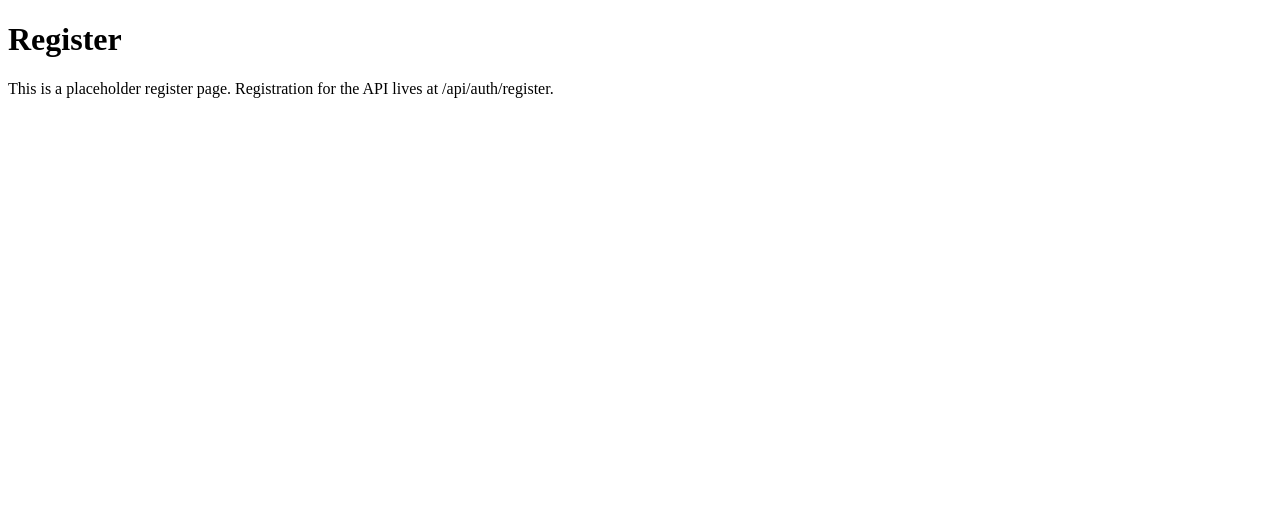
Repository: majordaniel/Edutech.Internship.2025.virtualstudygroup.api
Page: http://localhost/register
These files come from the project's save history. The page is drawn as it stood at one moment and after the next save; the edit follows.
The browser window is 1280 px wide. The pictures show the whole page.
The page is served by the project's Laravel application, run on PHP 8.4 with Laravel 12. Other server files are loaded and not shown.

Above is the page before, as saved 2025-09-19 11:42:59.

### routes/web.php
<?php

use Illuminate\Support\Facades\Route;

Route::get('/', function () {
    return view('welcome');
});

// Minimal auth web routes so `route('login')` and `route('register')` exist
Route::get('/login', function () {
    return view('auth.login');
})->name('login');

Route::get('/register', function () {
    return view('auth.register');
})->name('register');

### resources/views/auth/register.blade.php
<!DOCTYPE html>
<html>
<head>
    <meta charset="utf-8">
    <title>Register</title>
</head>
<body>
    <h1>Register</h1>
    <p>This is a placeholder register page. Registration for the API lives at /api/auth/register.</p>
</body>
</html>

After the next save:
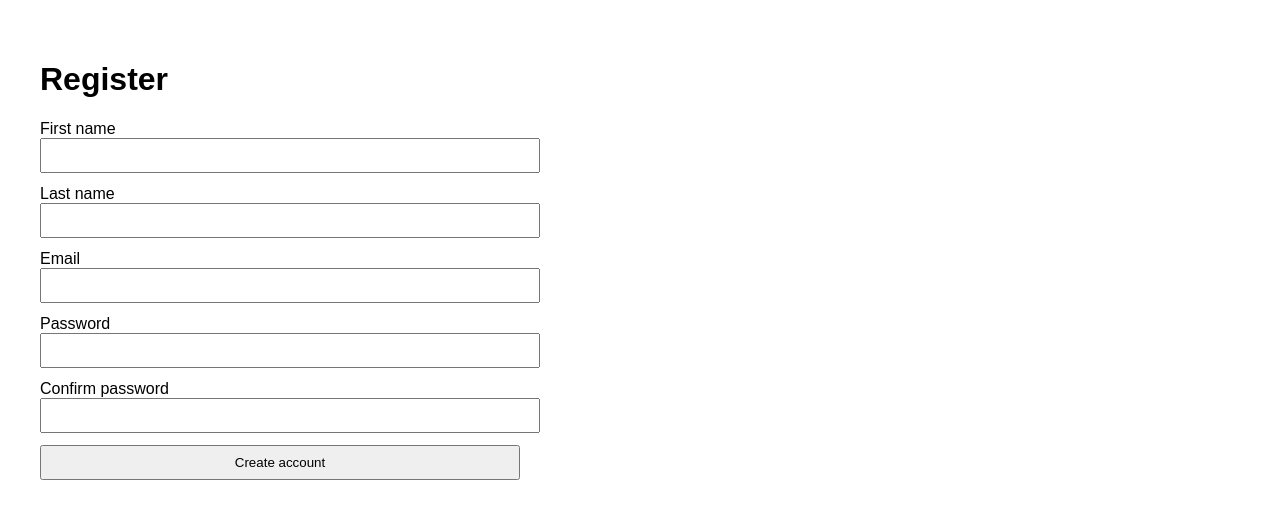
Saved 13 s later.
--- a/resources/views/auth/register.blade.php
+++ b/resources/views/auth/register.blade.php
@@ -2,10 +2,74 @@
 <html>
 <head>
     <meta charset="utf-8">
+    <meta name="viewport" content="width=device-width,initial-scale=1">
     <title>Register</title>
+    <style>
+        body{font-family:Arial,Helvetica,sans-serif;padding:2rem}
+        form{max-width:480px}
+        input,button{display:block;width:100%;padding:0.5rem;margin-bottom:0.75rem}
+        .error{color:#a00}
+        .success{color:#080}
+    </style>
 </head>
 <body>
     <h1>Register</h1>
-    <p>This is a placeholder register page. Registration for the API lives at /api/auth/register.</p>
+    <form id="registerForm">
+        <label for="first_name">First name</label>
+        <input id="first_name" name="first_name" type="text" required />
+
+        <label for="last_name">Last name</label>
+        <input id="last_name" name="last_name" type="text" required />
+
+        <label for="email">Email</label>
+        <input id="email" name="email" type="email" required />
+
+        <label for="password">Password</label>
+        <input id="password" name="password" type="password" required />
+
+        <label for="password_confirmation">Confirm password</label>
+        <input id="password_confirmation" name="password_confirmation" type="password" required />
+
+        <button type="submit">Create account</button>
+    </form>
+    <div id="message"></div>
+
+    <script>
+    const form = document.getElementById('registerForm');
+    const message = document.getElementById('message');
+    form.addEventListener('submit', async (e) => {
+        e.preventDefault();
+        message.textContent = '';
+        message.className = '';
+
+        const data = {
+            first_name: document.getElementById('first_name').value,
+            last_name: document.getElementById('last_name').value,
+            email: document.getElementById('email').value,
+            password: document.getElementById('password').value,
+            password_confirmation: document.getElementById('password_confirmation').value,
+        };
+
+        try {
+            const res = await fetch('/api/auth/register', {
+                method: 'POST',
+                headers: { 'Content-Type': 'application/json' },
+                body: JSON.stringify(data),
+            });
+            const json = await res.json();
+            if (!res.ok) {
+                const err = (json && (json.message || (json.errors && Object.values(json.errors).flat().join(', ')))) || 'Registration failed';
+                message.textContent = err;
+                message.className = 'error';
+                return;
+            }
+            message.textContent = json.message || 'Registered successfully';
+            message.className = 'success';
+        } catch (err) {
+            message.textContent = err.message || 'Network error';
+            message.className = 'error';
+        }
+    });
+    </script>
 </body>
 </html>
